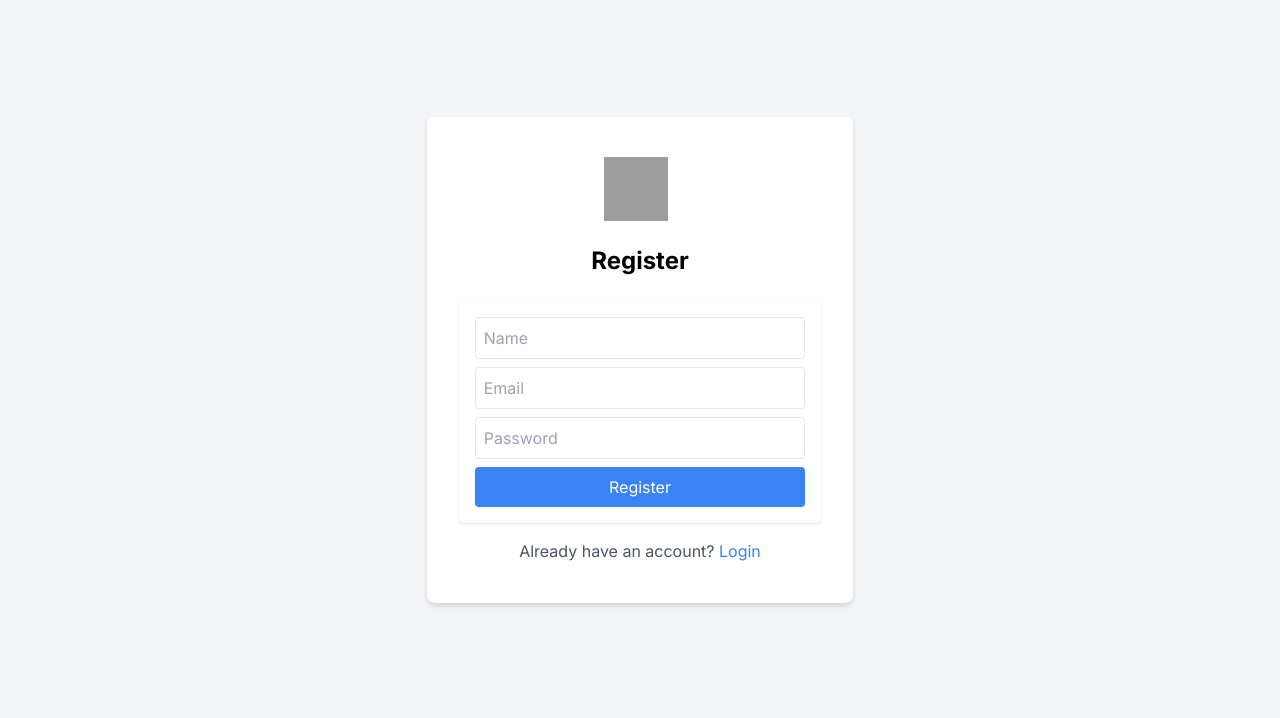
Repository: musabismael/expense-calculator-web
Page: /register
These files come from the project's save history. The page is drawn as it stood at one moment and after the next save; the edit follows.
The browser window is 1280 px wide. The pictures show the whole page.
Pictures or frames that could not be fetched are drawn as grey boxes. The project was rebuilt for these pictures with package versions that can differ from the ones it lists, and the page was loaded fresh each time. The framework's server and built-in components were replaced by stand-ins that run in the browser. Also part of the build but not shown: next.config.js. Imported but missing from the stored project, and not drawn on this page: src/api/auth.

Above is the page before, as saved 2023-08-22 20:54:27.

After the next save:
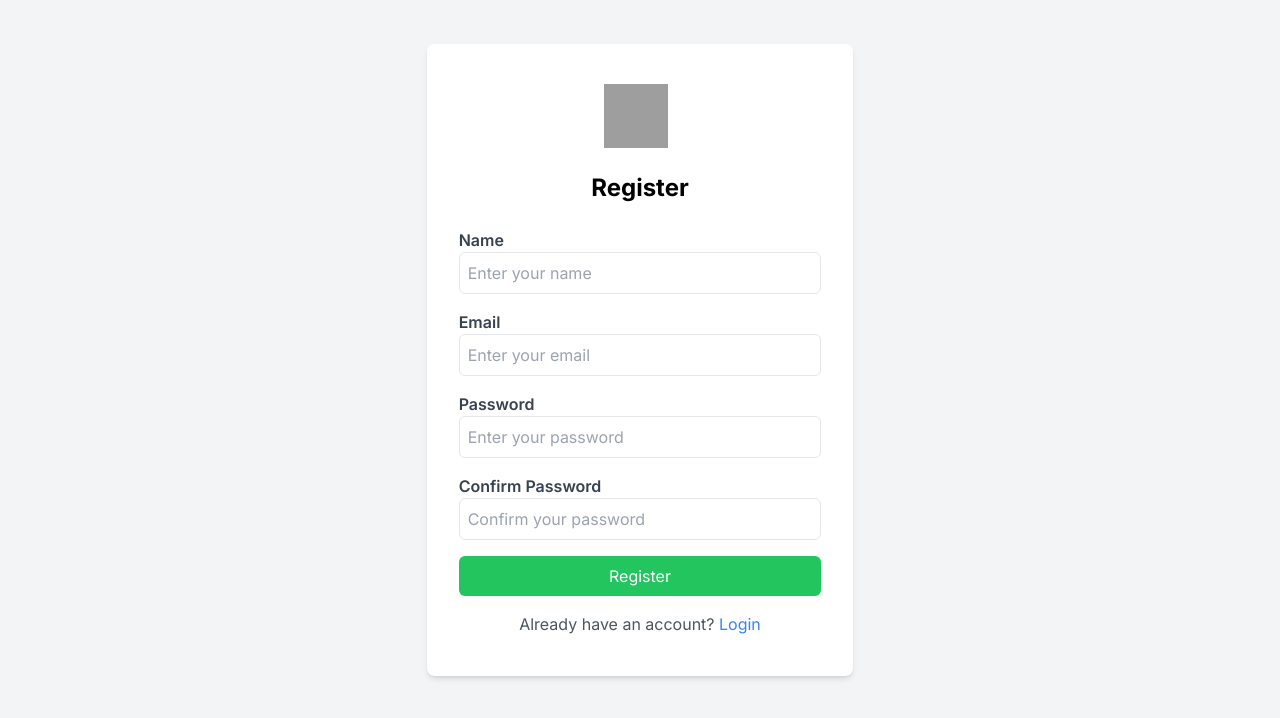
Saved 87 s later.
--- a/src/components/Auth/RegistrationForm.jsx
+++ b/src/components/Auth/RegistrationForm.jsx
@@ -1,47 +1,87 @@
 import { useState } from 'react';
-import { registerUser } from '../../api/auth'; // Import your API functions
 
 function RegistrationForm() {
   const [name, setName] = useState('');
   const [email, setEmail] = useState('');
   const [password, setPassword] = useState('');
+  const [confirmPassword, setConfirmPassword] = useState('');
 
-  const handleSubmit = async (e) => {
+  const handleSubmit = (e) => {
     e.preventDefault();
-    try {
-      await registerUser({ name, email, password });
-      // Handle successful registration (e.g., redirect to login)
-    } catch (error) {
-      // Handle registration error (show error message, etc.)
-    }
+
+    // Handle form submission (e.g., send registration request to the server)
+    console.log('Name:', name);
+    console.log('Email:', email);
+    console.log('Password:', password);
+    console.log('Confirm Password:', confirmPassword);
   };
 
   return (
-    <form className="p-4 bg-white rounded shadow" onSubmit={handleSubmit}>
-      <input
-        className="block mb-2 w-full p-2 border rounded"
-        type="text"
-        placeholder="Name"
-        value={name}
-        onChange={(e) => setName(e.target.value)}
-      />
-      <input
-        className="block mb-2 w-full p-2 border rounded"
-        type="email"
-        placeholder="Email"
-        value={email}
-        onChange={(e) => setEmail(e.target.value)}
-      />
-      <input
-        className="block mb-2 w-full p-2 border rounded"
-        type="password"
-        placeholder="Password"
-        value={password}
-        onChange={(e) => setPassword(e.target.value)}
-      />
-      <button className="w-full bg-blue-500 text-white p-2 rounded" type="submit">
-        Register
-      </button>
+    <form onSubmit={handleSubmit} className="space-y-4">
+      <div>
+        <label htmlFor="name" className="block text-gray-700 font-semibold">
+          Name
+        </label>
+        <input
+          type="text"
+          id="name"
+          className="w-full p-2 border rounded-md focus:outline-none focus:ring focus:border-blue-500"
+          placeholder="Enter your name"
+          value={name}
+          onChange={(e) => setName(e.target.value)}
+          required
+        />
+      </div>
+      <div>
+        <label htmlFor="email" className="block text-gray-700 font-semibold">
+          Email
+        </label>
+        <input
+          type="email"
+          id="email"
+          className="w-full p-2 border rounded-md focus:outline-none focus:ring focus:border-blue-500"
+          placeholder="Enter your email"
+          value={email}
+          onChange={(e) => setEmail(e.target.value)}
+          required
+        />
+      </div>
+      <div>
+        <label htmlFor="password" className="block text-gray-700 font-semibold">
+          Password
+        </label>
+        <input
+          type="password"
+          id="password"
+          className="w-full p-2 border rounded-md focus:outline-none focus:ring focus:border-blue-500"
+          placeholder="Enter your password"
+          value={password}
+          onChange={(e) => setPassword(e.target.value)}
+          required
+        />
+      </div>
+      <div>
+        <label htmlFor="confirmPassword" className="block text-gray-700 font-semibold">
+          Confirm Password
+        </label>
+        <input
+          type="password"
+          id="confirmPassword"
+          className="w-full p-2 border rounded-md focus:outline-none focus:ring focus:border-blue-500"
+          placeholder="Confirm your password"
+          value={confirmPassword}
+          onChange={(e) => setConfirmPassword(e.target.value)}
+          required
+        />
+      </div>
+      <div>
+        <button
+          type="submit"
+          className="w-full bg-green-500 text-white py-2 px-4 rounded-md hover:bg-green-600 focus:outline-none focus:ring"
+        >
+          Register
+        </button>
+      </div>
     </form>
   );
 }
